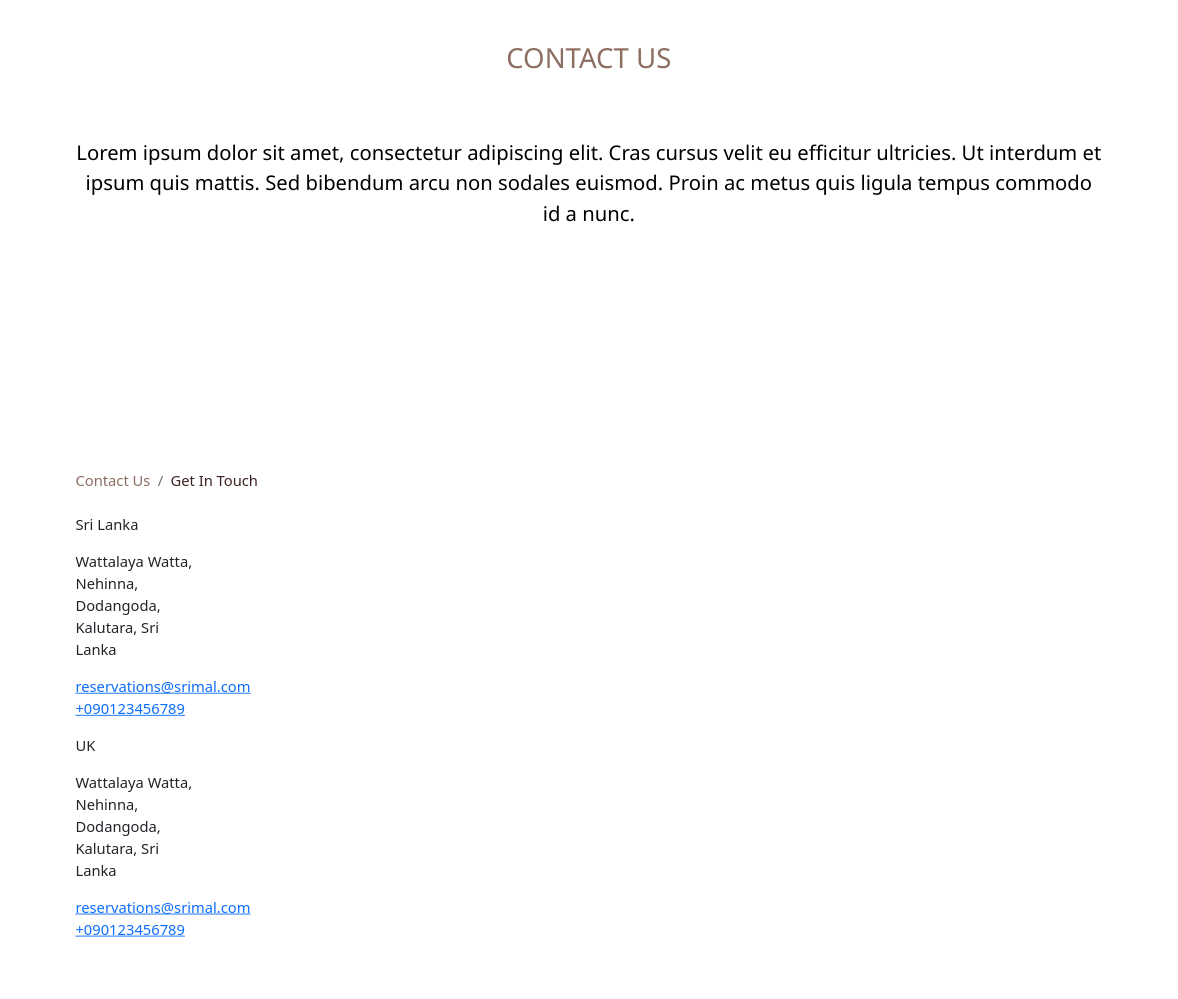
Repository: kaushalyaweerakoon/Plantation-Villa
Page: contact-us.html
These files come from the project's save history. The page is drawn as it stood at one moment and after the next save; the edit follows.
The browser window is 1280 px wide. The pictures show the whole page, at 92% of full size.
Some web fonts or font styles are not loaded; a fallback is used.

Above is the page before, as saved 2022-08-15 10:44:13.
Not found: assets/js/main.js

After the next save:
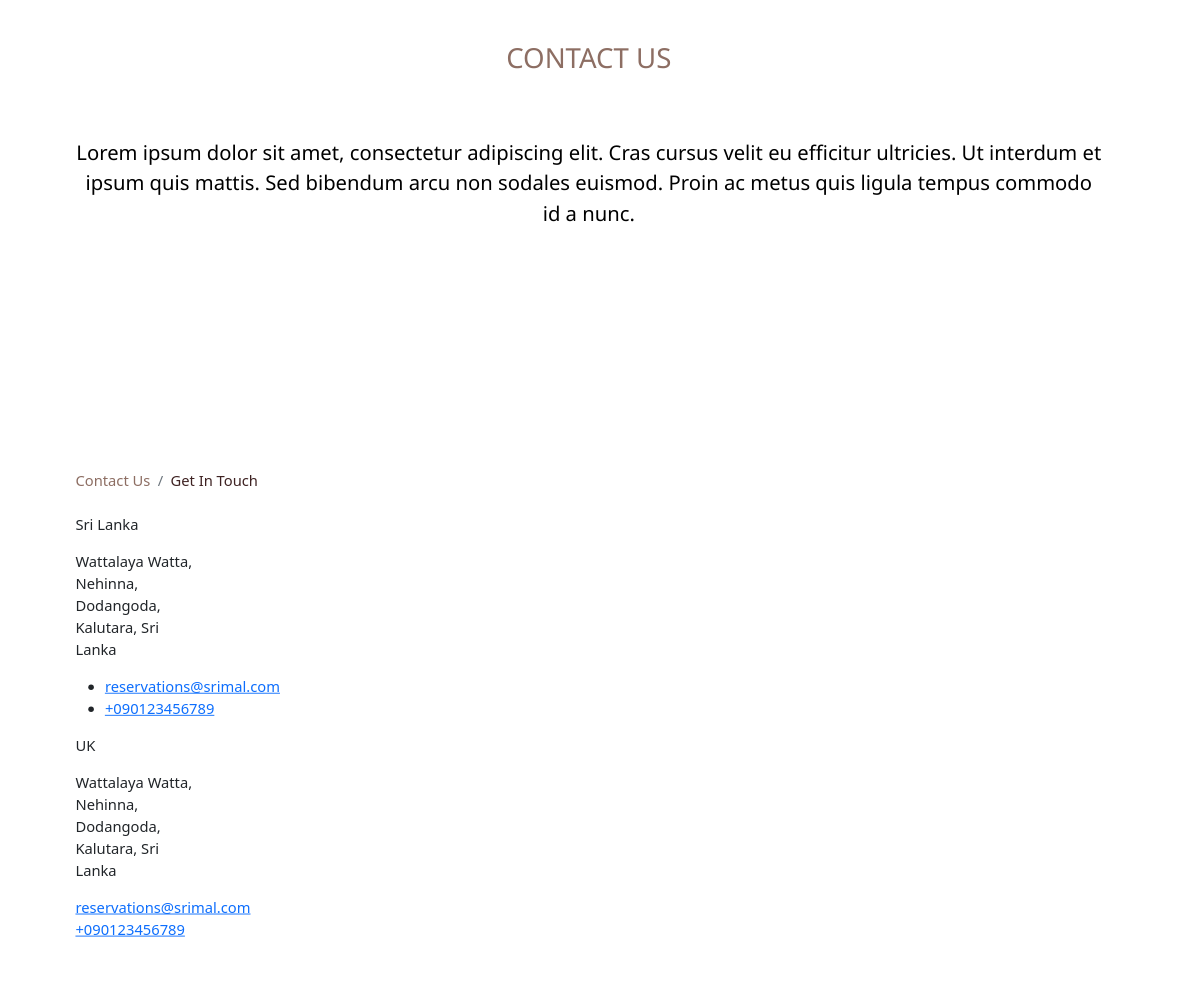
Saved 5 s later.
--- a/contact-us.html
+++ b/contact-us.html
@@ -71,7 +71,7 @@
                         <p class="">Wattalaya Watta,
                             Nehinna, Dodangoda,
                             Kalutara, Sri Lanka</p>
-                        <ul class="list-unstyled">
+                        <ul class="">
                             <li><a class="tag-colour" href="reservations@srimal.com">reservations@srimal.com</a>
                             </li>
                             <li><a class="tag-colour" href="tel:++090123456789">+090123456789</a></li>
